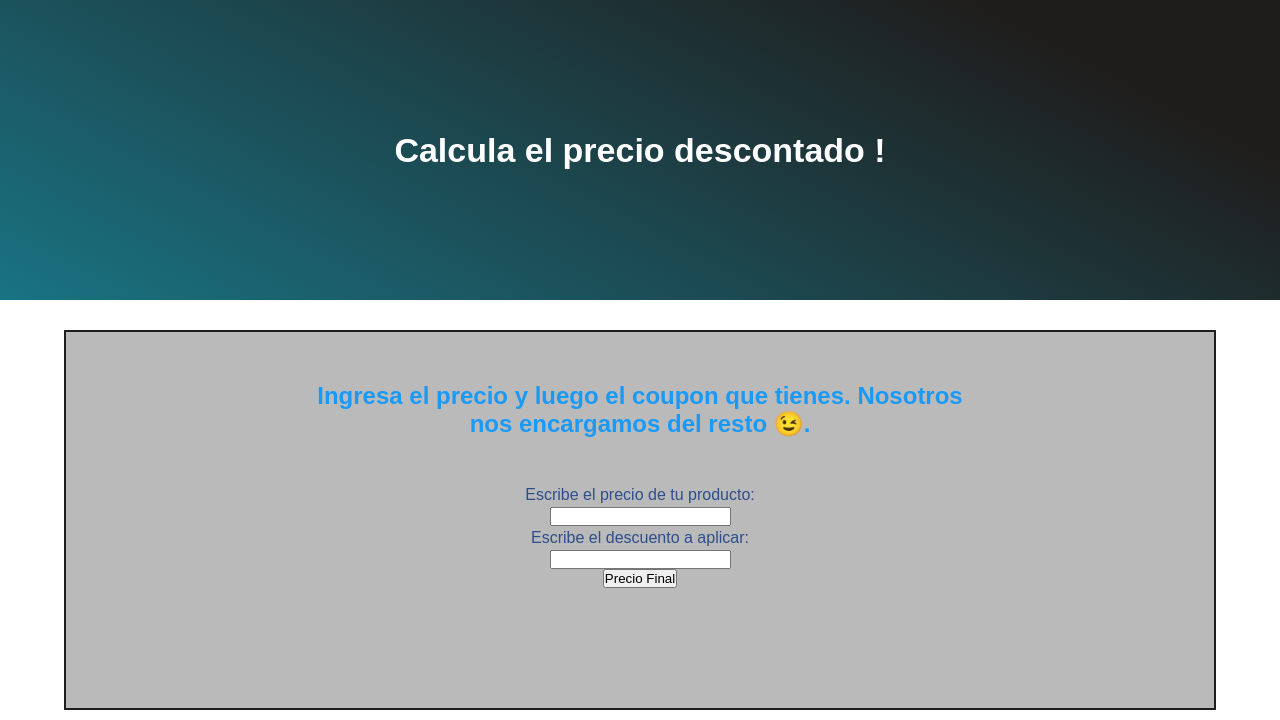
Repository: ChristianGecchelin/javascript-project
Page: javascript-project/descuentos y porcentajes/descuentos.html
The author's editor kept a copy of each file at every save. The page is drawn from the files as they stood at one save, then again after the next save.
The browser window is 1280 px wide. The pictures show the whole page.

Above is the page before, as saved 2021-12-05 18:26:53.

### javascript-project/descuentos y porcentajes/descuentos.html
<!DOCTYPE html>
<html lang="es">
  <head>
    <meta charset="UTF-8" />
    <meta http-equiv="X-UA-Compatible" content="IE=edge" />
    <meta name="viewport" content="width=device-width, initial-scale=1.0" />
    <title>Porcentajes y descuentos</title>
    <link rel="stylesheet" href="./style.css" />
  </head>
  <body>
    <header>
      <div class="header--title-container">
        <h1>Calcula el precio descontado !</h1>
      </div>
    </header>
    <main>
      <section class="title-container">
        <h2 class="title">
          Ingresa el precio y luego el coupon que tienes. Nosotros nos
          encargamos del resto 😉.
        </h2>
        <div class="container-form">
          <form action="">
            <div class="form--labelContainer">
              <label class="form--label-input" for="inputPrice">
                Escribe el precio de tu producto:</label
              >
              <input type="number" id="inputPrice" />
            </div>
            <div class="form--labelContainer">
              <label class="form--label-input" for="inputCoupon"
                >Escribe el descuento a aplicar:</label
              >
              <input type="number" id="inputCoupon" />
            </div>

            <button type="button" onclick="calculateDiscountPrice()">
              Precio Final
            </button>
          </form>
        </div>
        <section class="container-answer">
          <p id="resultFunction"></p>
        </section>
      </section>
    </main>

    <script src="./descuentos.js"></script>
  </body>
</html>

### javascript-project/descuentos y porcentajes/style.css
:root {
  --Dark-lightblue: #197383;
  --soft-orange: #ffe9d5;
  --secondary-blue: #1a9af7;
  --soft-blue: #e7f5ff;
  --warm-black: #201e1c;
  --black: #282623;
  --grey: #bababa;
  --off-white: #faf8f7;
  --just-white: #fff;
}
* {
  box-sizing: border-box;
  margin: 0;
  padding: 0;
}
html {
  font-size: 62.5%;
  font-family: "DM Sans", sans-serif;
}
header {
  position: relative;
  display: flex;
  flex-direction: column;
  justify-content: center;
  width: 100%;
  min-width: 320px;
  height: 300px;
  text-align: center;
  background: linear-gradient(207.8deg, #1f1d1c 16.69%, #197383 100%);
}
header .header--title-container {
  display: flex;
  justify-content: center;
  align-self: center;
  width: 90%;
  min-width: 288px;
  max-width: 900px;
  height: 200px;
  text-align: center;
}
header .header--title-container h1 {
  margin: auto;
  font-size: 3.4rem;
  font-weight: 700;
  line-height: 3.6rem;
  color: var(--just-white);
}
.title-container {
  width: 90%;
  height: auto;
  margin: 0 auto;
  margin-top: 30px;
  padding-top: 50px;
  padding-bottom: 100px;
  text-align: center;
  background-color: #bababa;
  border: 2px solid var(--warm-black);
}
.title-container .title {
  width: 60%;
  margin: 0 auto;
  margin-bottom: 25px;
  font-size: 2.4rem;
  font-weight: 700;
  color: #1a9af7;
}
.title-container .container-form {
  display: flex;
  flex-direction: column;
  justify-content: center;
  height: auto;
  padding: 20px 20px;
}
.title-container .container-form .form--label-input {
  display: block;
  font-size: 1.6rem;
  font-weight: 500;
  line-height: 2.4rem;
  color: rgba(34, 68, 136, 0.92);
}

### javascript-project/descuentos y porcentajes/descuentos.js
// Voy a relacionar los descuentos a cupones que el cliente puede aplicar para bajar el precio del producto
// 1° creo un array de objetos. propiedad: valor,
const coupons = [
  {
    name: "nuevo-socio",
    discount: 30,
  },
  { name: "primera-compra", discount: 15 },
  { name: "navidad", discount: 10 },
  {
    name: "cumpleaños",
    discount: 5,
  },
];
function calculoPrecioConDescuento(precio, descuento) {
  // Calculo el porcentaje final que PAGARA el cliente
  const porcentajePrecioConDescuento = 100 - descuento;
  const precioConDescuento = (precio * porcentajePrecioConDescuento) / 100;
  return precioConDescuento;
}
//Esta funcion es la que llamaremos cuando tocamos el boton
//tomamos los valores puestos en los input
function calculateDiscountPrice() {
  const inputPrice = document.getElementById("inputPrice");
  const priceValue = inputPrice.value;
  const inputCoupon = document.getElementById("inputCoupon");
  const couponValue = inputCoupon.value;
  // Esta funcion validara si coupon name es igual a coupon value, solo se ejecuta cuando la llamo

  const isCouponValueValid = function (coupon) {
    return coupon.name === coupon.value;
  };
  //recorreremos el array de cupones para ver si lo introducido en el input corresponde a un cupon valido mediante la funcion anterior y lo almacenamos en una constante
  const userCoupon = coupons.find(isCouponValueValid);
  //si no corresponde nos da un alert. Pero si es valido, la propiedad discount se la asigno a descuento y ejecuto las funciones para calcular
  //finalmente lo traslado al html
  if (!userCoupon) {
    alert(`El cupón ${couponValue} no es válido`);
  } else {
    const descuento = userCoupon.discount;
    const precioConDescuento = calculoPrecioConDescuento(priceValue, descuento);
    const resultP = document.getElementById("ResultP");
    resultP.innerText = `El precio con descuento es: ${precioConDescuento}`;
  }
}

After the next save:
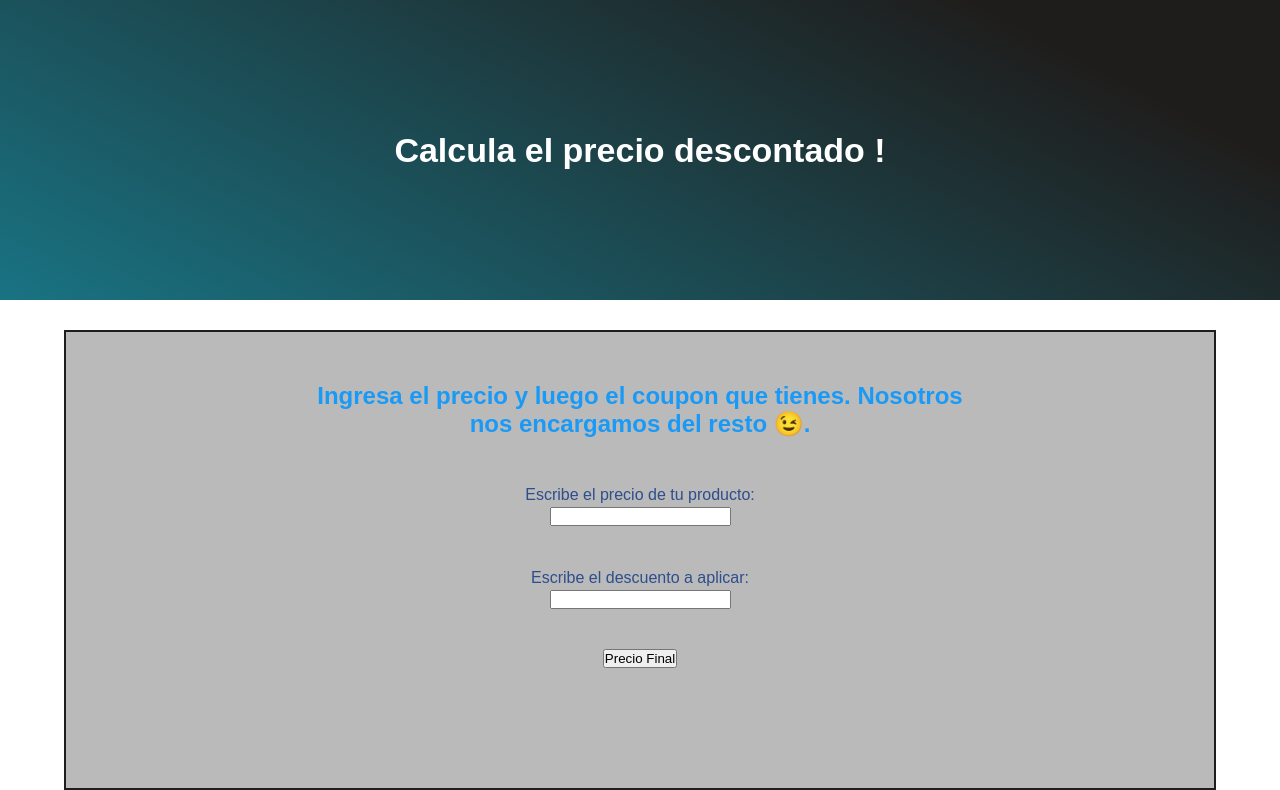
Saved 17 s later.
--- a/javascript-project/descuentos y porcentajes/style.css
+++ b/javascript-project/descuentos y porcentajes/style.css
@@ -72,6 +72,9 @@ header .header--title-container h1 {
   height: auto;
   padding: 20px 20px;
 }
+.title-container .container-form .form--labelContainer {
+  margin-bottom: 40px;
+}
 .title-container .container-form .form--label-input {
   display: block;
   font-size: 1.6rem;
